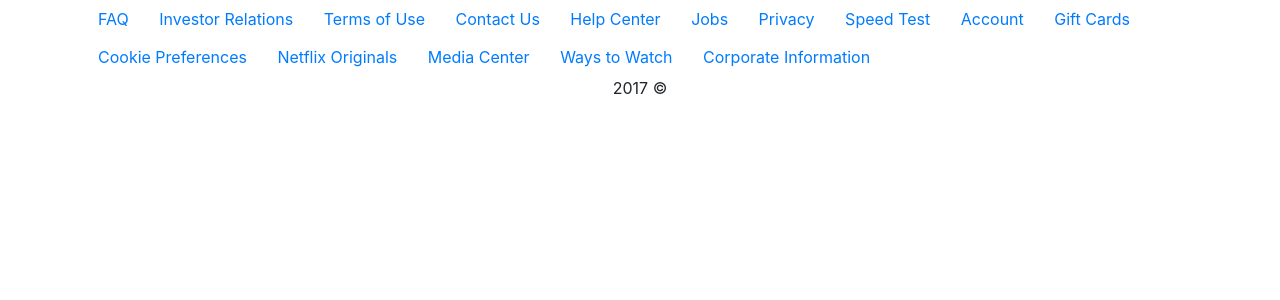
Repository: bharath309/backup
Page: http://localhost/netflix-operation/footerNetflix.jsp
An editor plug-in stored every save of this project. The page is shown before and after the next save, followed by the edit.
The browser window is 1280 px wide. The pictures show the whole page.
The page is served by Tomcat 9.

Above is the page before, as saved 2018-03-05 23:45:10.

### netflix-operation/src/main/webapp/footerNetflix.jsp
<%@ page language="java" contentType="text/html; charset=ISO-8859-1"
	pageEncoding="ISO-8859-1"%>
<!DOCTYPE html PUBLIC "-//W3C//DTD HTML 4.01 Transitional//EN" "http://www.w3.org/TR/html4/loose.dtd">
<html>
<head>
<meta http-equiv="Content-Type" content="text/html; charset=ISO-8859-1">
<title>Bootstrap 4 Example</title>
<meta name="viewport" content="width=device-width, initial-scale=1">
<link rel="stylesheet"
	href="https://maxcdn.bootstrapcdn.com/bootstrap/4.0.0/css/bootstrap.min.css">
<script
	src="https://ajax.googleapis.com/ajax/libs/jquery/3.3.1/jquery.min.js"></script>
<script
	src="https://maxcdn.bootstrapcdn.com/bootstrap/4.0.0/js/bootstrap.min.js"></script>
</head>
<body>
	<div class="container">


			<button type="button" class="btn btn-link">FAQ</button>
				<button type="button" class="btn btn-link">Investor Relations</button>
			<button type="button" class="btn btn-link">Terms of Use</button>
				<button type="button" class="btn btn-link">Contact Us</button>
				<button type="button" class="btn btn-link">Help Center</button>
				<button type="button" class="btn btn-link">Jobs</button>
				<button type="button" class="btn btn-link">Privacy</button>
				<button type="button" class="btn btn-link">Speed Test</button>
				<button type="button" class="btn btn-link">Account</button>
				<button type="button" class="btn btn-link">Gift Cards</button>
				<button type="button" class="btn btn-link">Cookie Preferences</button>
				<button type="button" class="btn btn-link">Netflix Originals</button>
				<button type="button" class="btn btn-link">Media Center</button>
				<button type="button" class="btn btn-link">Ways to Watch</button>
				<button type="button" class="btn btn-link">Corporate Information</button>
			</ul>

			<p align="center">2017 &copy;	</p>
		</div>


</body>
</html>

After the next save:
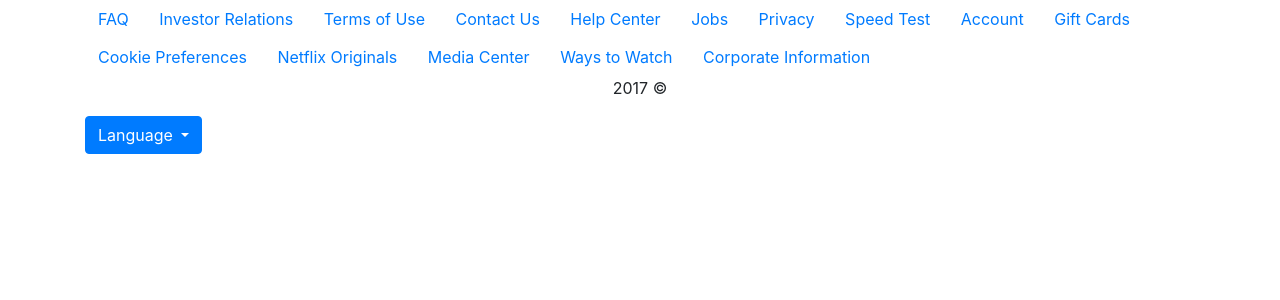
Saved 26 min 28 s later.
--- a/netflix-operation/src/main/webapp/footerNetflix.jsp
+++ b/netflix-operation/src/main/webapp/footerNetflix.jsp
@@ -34,7 +34,18 @@
 				<button type="button" class="btn btn-link">Corporate Information</button>
 			</ul>
 
-			<p align="center">2017 &copy;	</p>
+			<p align="center">2017 &copy;</p>
+			<div class="dropdown">
+  <button type="button" class="btn btn-primary dropdown-toggle" data-toggle="dropdown">
+   Language
+  </button>
+  <div class="dropdown-menu">
+    <a class="dropdown-item" href="#">English</a>
+    <a class="dropdown-item" href="#">Hindi</a>
+    <a class="dropdown-item" href="#">Espanol</a>
+  </div>
+</div>
+
 		</div>
 
 
